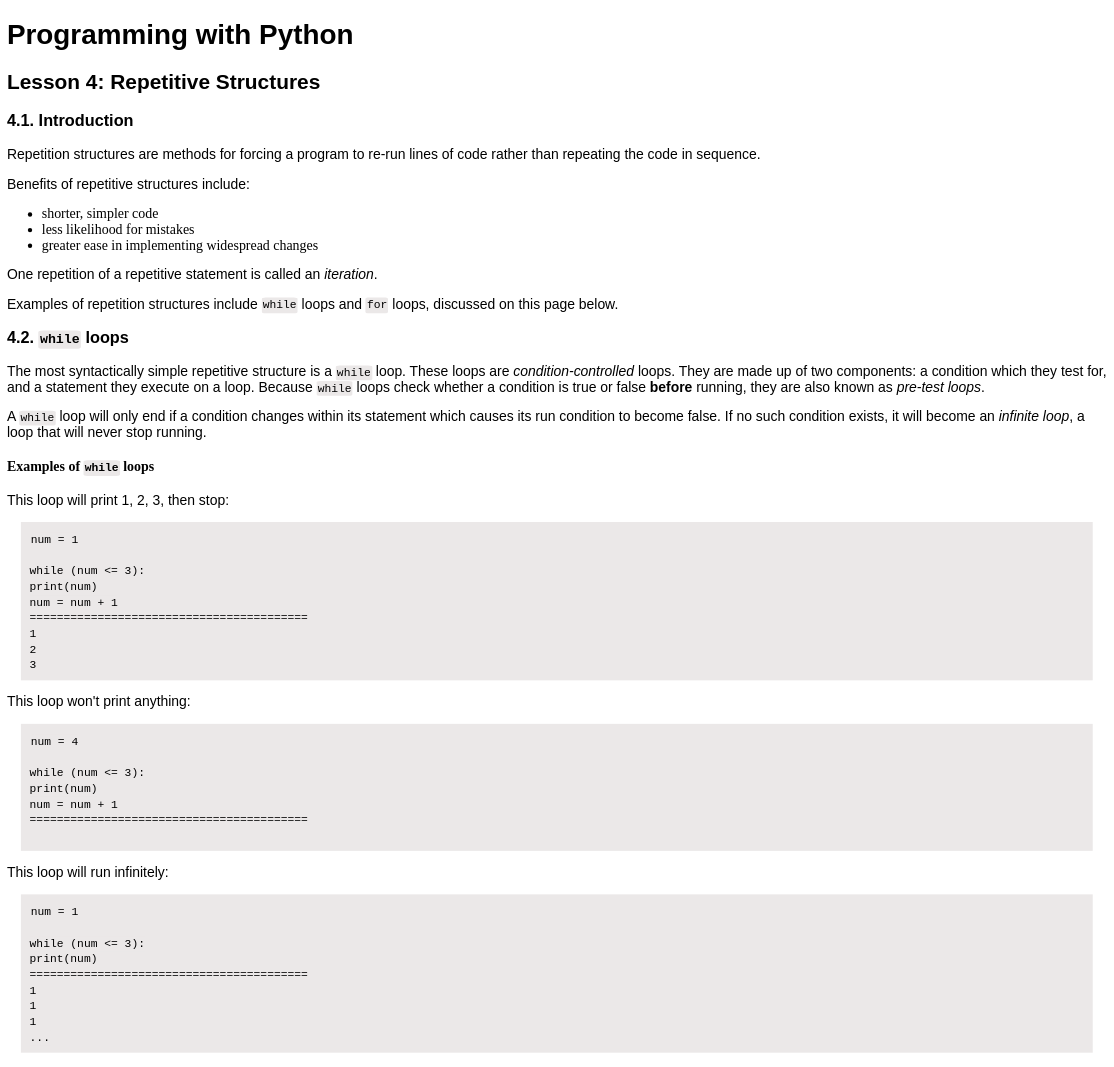
Repository: emnharris/FreeCodeCampChallenges
Page: responsive-web-design/technical-documentation-page/python-tutorial.html
The author's editor kept a copy of each file at every save. The page is drawn from the files as they stood at one save, then again after the next save.
The browser window is 1280 px wide. The pictures show the whole page, at 87% of full size.

Above is the page before, as saved 2020-04-16 15:45:34.

After the next save:
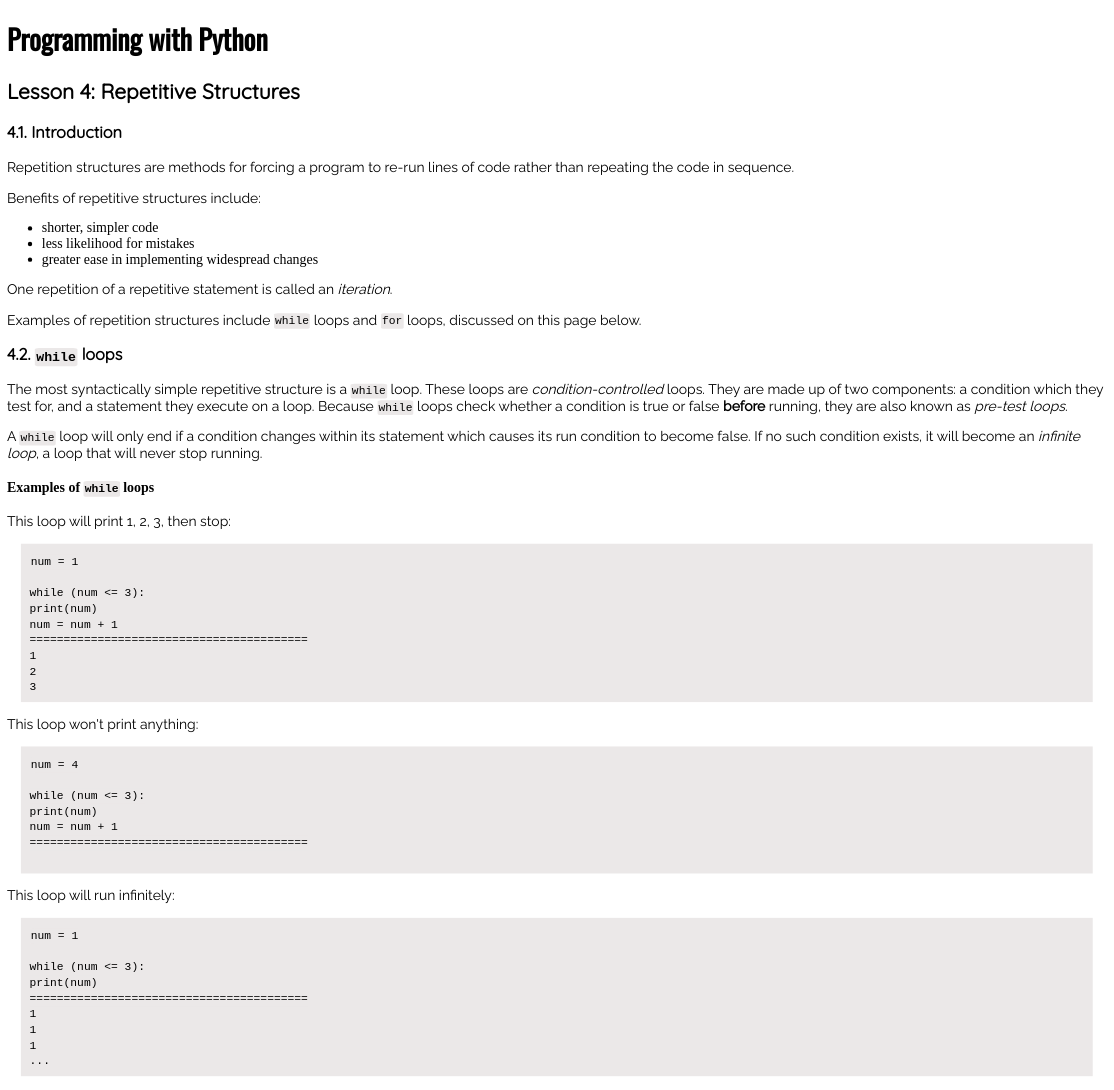
Saved 3 s later.
--- a/responsive-web-design/technical-documentation-page/python-tutorial.html
+++ b/responsive-web-design/technical-documentation-page/python-tutorial.html
@@ -2,6 +2,7 @@
 <html>
     <head>
         <!--Import fonts-->
+        <link href="https://fonts.googleapis.com/css2?family=Oswald&family=Quicksand&family=Raleway&display=swap" rel="stylesheet">
 
         <!--Import stylesheet-->
         <link rel="stylesheet" type="text/css" href="python-tutorial.css">
